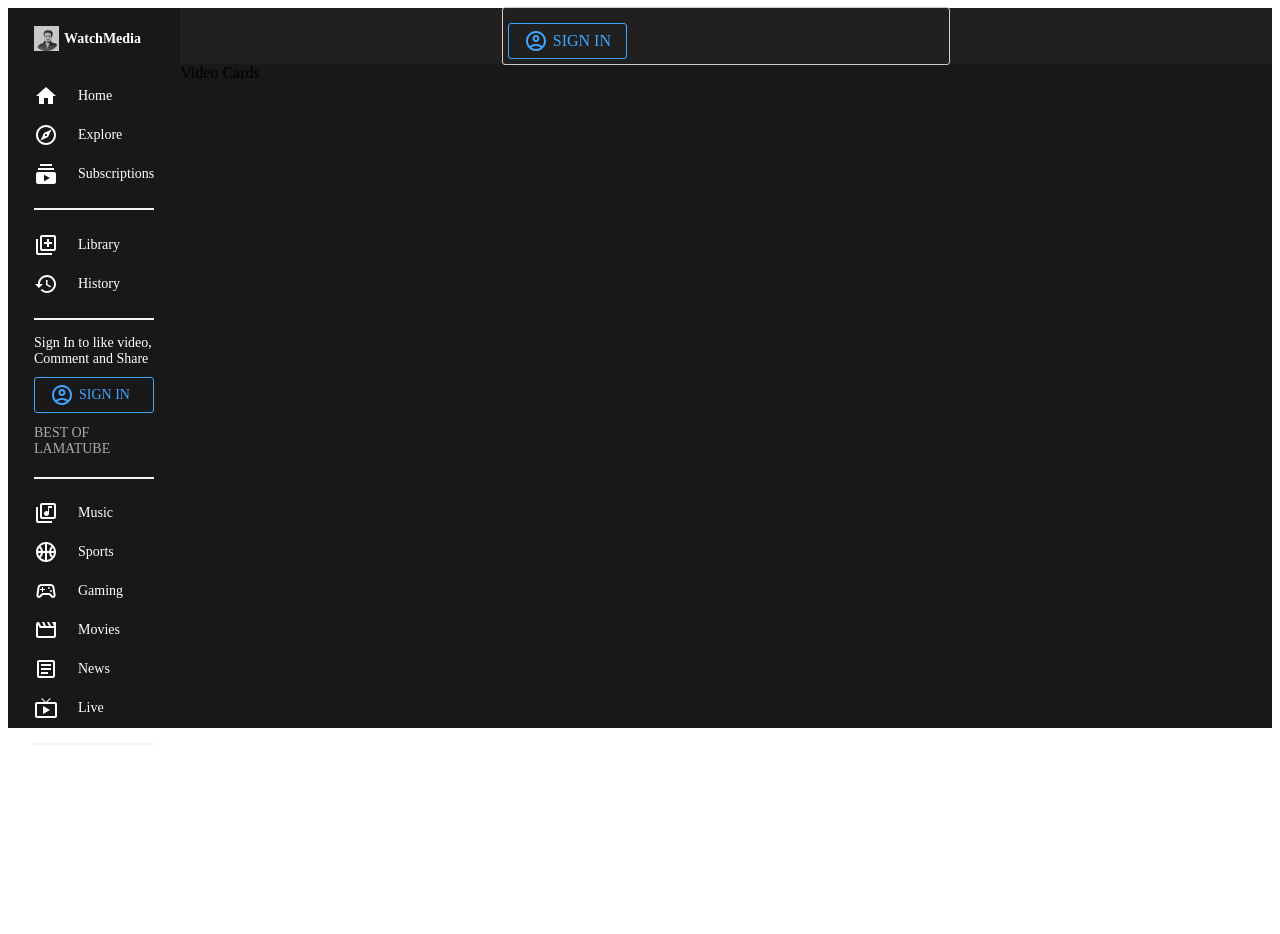
Repository: inzamamahmad3/final-year-project-skeleton
Page: /video
An editor plug-in stored every save of this project. The page is shown before and after the next save, followed by the edit.
The browser window is 1280 px wide. The pictures show the whole page.
The project was rebuilt for these pictures with package versions that can differ from the ones it lists, and the page was loaded fresh each time.

Above is the page before, as saved 2023-07-18 11:38:41.

### src/App.js
import styled, { ThemeProvider } from "styled-components";
import Menu from "./components/Menu";
import Navbar from "./components/Navbar";
import { darkTheme, lightTheme } from "./utils/Theme";
import { useState } from "react";

const Container = styled.div`
  display: flex;
`;
const Main = styled.div`
  flex: 7;
  background-color: ${({ theme }) => theme.bg};
`;
const Wrapper = styled.div``;

function App() {
  const [darkMode, setDarkMode] = useState(true);
  return (
    <>
      <ThemeProvider theme={darkMode ? darkTheme : lightTheme}>
        <Container>
          <Menu darkMode={darkMode} setDarkMode={setDarkMode} />
          <Main>
            <Navbar />
            <Wrapper>Video Cards</Wrapper>
          </Main>
        </Container>
      </ThemeProvider>
    </>
  );
}

export default App;

### src/components/Menu.jsx
import React from "react";
import styled from "styled-components";
import watch from "../img/pic.png";
import HomeIcon from "@mui/icons-material/Home";
import ExploreOutlinedIcon from "@mui/icons-material/ExploreOutlined";
import SubscriptionsIcon from "@mui/icons-material/Subscriptions";
import LibraryAddOutlinedIcon from "@mui/icons-material/LibraryAddOutlined";
import HistoryOutlinedIcon from "@mui/icons-material/HistoryOutlined";
import LibraryMusicOutlinedIcon from "@mui/icons-material/LibraryMusicOutlined";
import SportsEsportsOutlinedIcon from "@mui/icons-material/SportsEsportsOutlined";
import SportsBasketballOutlinedIcon from "@mui/icons-material/SportsBasketballOutlined";
import MovieOutlinedIcon from "@mui/icons-material/MovieOutlined";
import ArticleOutlinedIcon from "@mui/icons-material/ArticleOutlined";
import LiveTvOutlinedIcon from "@mui/icons-material/LiveTvOutlined";
import AccountCircleOutlinedIcon from "@mui/icons-material/AccountCircleOutlined";
import SettingsOutlinedIcon from "@mui/icons-material/SettingsOutlined";
import FlagOutlinedIcon from "@mui/icons-material/FlagOutlined";
import HelpOutlineOutlinedIcon from "@mui/icons-material/HelpOutlineOutlined";
import SettingsBrightnessOutlinedIcon from "@mui/icons-material/SettingsBrightnessOutlined";
import { Link } from "react-router-dom";

const Container = styled.div`
  flex: 1;
  background-color: ${({ theme }) => theme.bg};
  height: 100vh;
  color: ${({ theme }) => theme.text};
  font-size: 14px;
  position: sticky;
  top: 0;
`;

const Wrapper = styled.div`
  padding: 18px 26px;
`;

const Logo = styled.div`
  display: flex;
  align-items: center;
  gap: 5px;
  font-weight: bold;
  margin-bottom: 25px;
`;

const Item = styled.div`
  display: flex;
  align-items: center;
  gap: 20px;
  cursor: pointer;
  padding: 7.5px 0px;
`;

const Img = styled.img`
  height: 25px;
`;

const Hr = styled.hr`
  margin: 15px 0px;
  border: 0.5px solid ${({ theme }) => theme.soft};
`;

const Login = styled.div``;
const Button = styled.div`
  padding: 5px 15px;
  background-color: transparent;
  border: 1px solid #3ea6ff;
  color: #3ea6ff;
  border-radius: 3px;
  font-weight: 500;
  margin-top: 10px;
  cursor: pointer;
  display: flex;
  align-items: center;
  gap: 5px;
`;

const Title = styled.h2`
  font-size: 14px;
  font-weight: 500;
  color: #aaaaaa;
  margin-bottom: 20px;
`;

function Menu({ darkMode, setDarkMode }) {
  return (
    <Container>
      <Wrapper>
        <Logo>
          <Img src={watch} />
          WatchMedia
        </Logo>
        <Item>
          <HomeIcon />
          Home
        </Item>
        <Item>
          <ExploreOutlinedIcon />
          Explore
        </Item>
        <Item>
          <SubscriptionsIcon />
          Subscriptions
        </Item>
        <Hr />
        <Item>
          <LibraryAddOutlinedIcon />
          Library
        </Item>
        <Item>
          <HistoryOutlinedIcon />
          History
        </Item>
        <Hr />
        <Login>
          Sign In to like video, Comment and Share
          <Button>
            <AccountCircleOutlinedIcon /> SIGN IN
          </Button>
        </Login>
        <Title>BEST OF LAMATUBE</Title>
        <Hr />
        <Item>
          <LibraryMusicOutlinedIcon />
          Music
        </Item>
        <Item>
          <SportsBasketballOutlinedIcon />
          Sports
        </Item>
        <Item>
          <SportsEsportsOutlinedIcon />
          Gaming
        </Item>
        <Item>
          <MovieOutlinedIcon />
          Movies
        </Item>
        <Item>
          <ArticleOutlinedIcon />
          News
        </Item>
        <Item>
          <LiveTvOutlinedIcon />
          Live
        </Item>
        <Hr />
        <Item>
          <SettingsOutlinedIcon />
          Settings
        </Item>
        <Item>
          <FlagOutlinedIcon />
          Report
        </Item>
        <Item>
          <HelpOutlineOutlinedIcon />
          Help
        </Item>
        <Item onClick={() => setDarkMode(!darkMode)}>
          <SettingsBrightnessOutlinedIcon />
          Light Mode
        </Item>
      </Wrapper>
    </Container>
  );
}

export default Menu;

### src/components/Navbar.jsx
import React from "react";
import styled from "styled-components";
import AccountCircleOutlinedIcon from "@mui/icons-material/AccountCircleOutlined";

const Container = styled.div`
  position: sticky;
  top: 0;
  background-color: ${({ theme }) => theme.bgLighter};
  height: 56px;
`;
const Wrapper = styled.div`
  display: flex;
  align-items: center;
  justify-content: flex-end;
  height: 100%;
  padding: 0px 20px;
  position: relative;
`;

const Search = styled.div`
  width: 40%;
  position: absolute;
  left: 0px;
  right: 0px;
  margin: auto;
  display: flex;
  align-items: center;
  justify-content: space-between;
  padding: 5px;
  border: 1px solid #ccc;
  border-radius: 3px;
`;

const Input = styled.input`
  border: none;
  background-color: transparent;
  outline: none;
  color: ${({ theme }) => theme.text};
`;

const Button = styled.div`
  padding: 5px 15px;
  background-color: transparent;
  border: 1px solid #3ea6ff;
  color: #3ea6ff;
  border-radius: 3px;
  font-weight: 500;
  margin-top: 10px;
  cursor: pointer;
  display: flex;
  align-items: center;
  gap: 5px;
`;

const Navbar = () => {
  return (
    <Container>
      <Wrapper>
        <Search>
          <Button>
            <AccountCircleOutlinedIcon /> SIGN IN
          </Button>
        </Search>
      </Wrapper>
    </Container>
  );
};

export default Navbar;

### src/utils/Theme.js
export const darkTheme = {
  bg: "#181818",
  bgLighter: "#202020",
  text: "white",
  textSoft: "#aaaaaa",
  soft: "#f5f5f5",
};
export const lightTheme = {
  bg: "#f9f9f9",
  bgLighter: "white",
  text: "black",
  textSoft: "#606060",
  soft: "#373737",
};

Loaded but not shown: public/index.html (common file); src/index.js (common file)

After the next save:
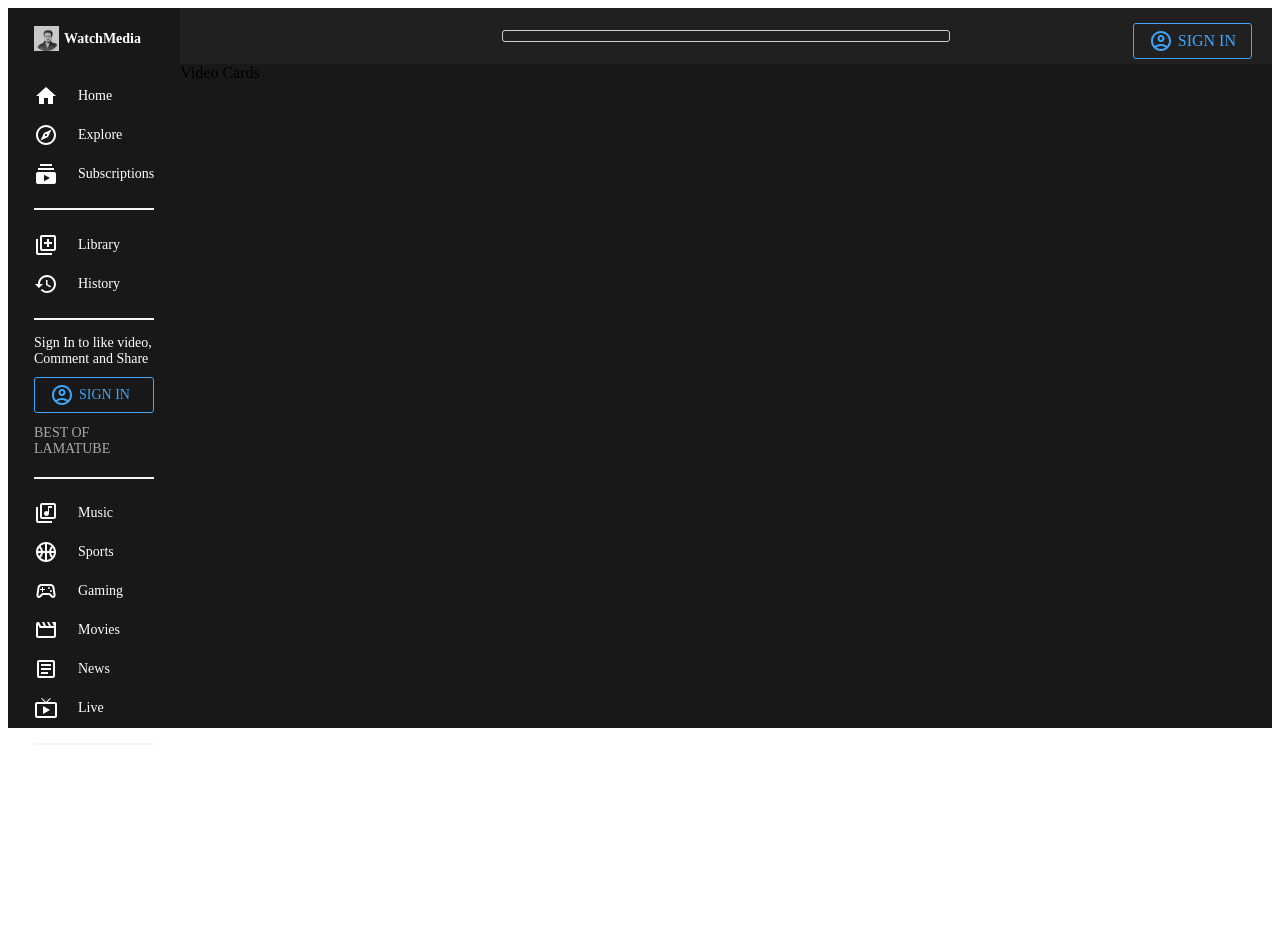
Saved 73 s later.
--- a/src/components/Navbar.jsx
+++ b/src/components/Navbar.jsx
@@ -56,11 +56,10 @@ const Navbar = () => {
   return (
     <Container>
       <Wrapper>
-        <Search>
-          <Button>
-            <AccountCircleOutlinedIcon /> SIGN IN
-          </Button>
-        </Search>
+        <Search></Search>
+        <Button>
+          <AccountCircleOutlinedIcon /> SIGN IN
+        </Button>
       </Wrapper>
     </Container>
   );
